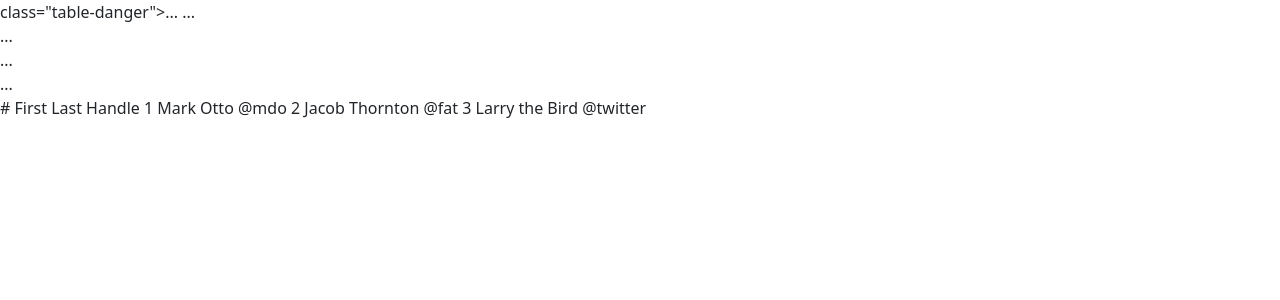
Repository: arunyerram/Web-TEChnologies
Page: BootstrapTables.html
The author's editor kept a copy of each file at every save. The page is drawn from the files as they stood at one save, then again after a run of saves.
The browser window is 1280 px wide. The pictures show the whole page.

Above is the page before, as saved 2025-02-21 12:09:23.

After the next 2 saves:
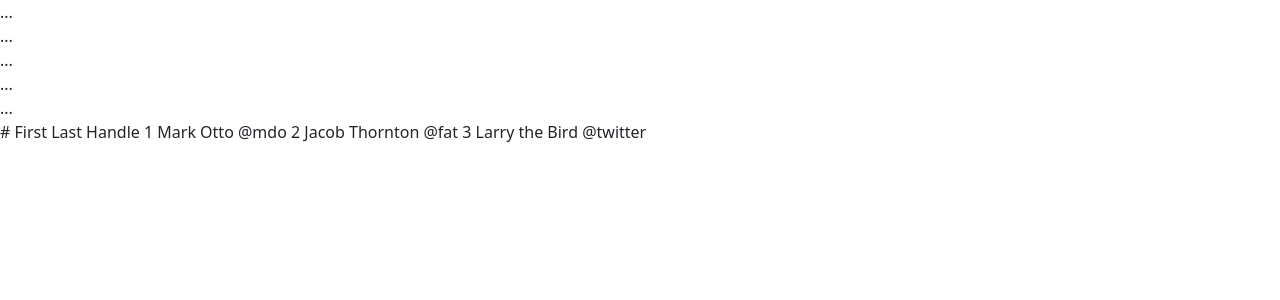
The 2 saves are shown as one change because they came seconds apart.
The last was saved 9 s later.
--- a/BootstrapTables.html
+++ b/BootstrapTables.html
@@ -9,7 +9,7 @@
     <script src="https://cdn.jsdelivr.net/npm/bootstrap@5.3.3/dist/js/bootstrap.bundle.min.js" integrity="sha384-YvpcrYf0tY3lHB60NNkmXc5s9fDVZLESaAA55NDzOxhy9GkcIdslK1eN7N6jIeHz" crossorigin="anonymous"></script>
 </head>
 <body>
-    class="table-danger">...</table>
+<table class="table-danger">...</table>
 <table class="table-warning">...</table>
 <table class="table-info">...</table>
 <table class="table-light">...</table>
